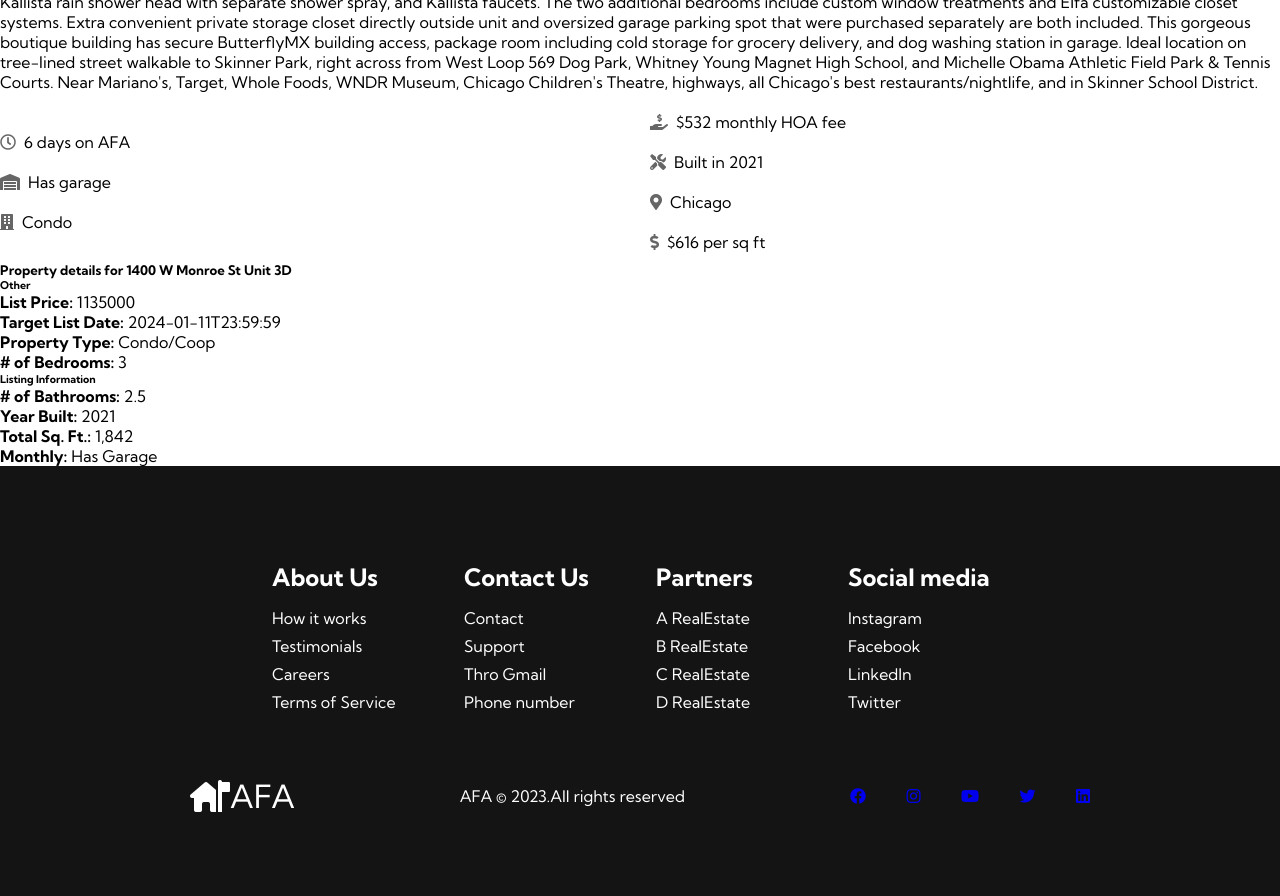
Repository: MrAllin1/ProgWWW_23_Gr1
Page: pages/Apartment1.html
An editor plug-in stored every save of this project. The page is shown before and after the next save, followed by the edit.
The browser window is 1280 px wide. The pictures show the part of the page from y = 817 to 1769 px (the page is 1713 px tall before and 1769 px after).
A picture or video elsewhere on the page could not be fetched, so the positions and the page height are approximate. Some web libraries are served in a nearby version.

Above is the page before, as saved 2024-01-11 02:32:02.

### pages/Apartment1.html
<!DOCTYPE html>
<html lang="en">
<head>
    <meta charset="UTF-8">
    <meta name="viewport" content="width=device-width, initial-scale=1.0">
    <link rel="stylesheet" type="text/css" href="../pages/stylesForHouse.css">
    <script src="https://kit.fontawesome.com/186711ed6a.js" crossorigin="anonymous"></script>
    <link rel="preconnect" href="https://fonts.googleapis.com">
    <link rel="preconnect" href="https://fonts.gstatic.com" crossorigin>
    <link href="https://fonts.googleapis.com/css2?family=Kumbh+Sans:wght@400;700&display=swap" rel="stylesheet">
    <link rel="stylesheet" href="https://cdnjs.cloudflare.com/ajax/libs/font-awesome/5.15.1/css/all.min.css">
    <title>Apartment on Chicago</title>
</head>
<body>
    <nav class="navbar">
        <div class="navbar_container">
            <a href="/" id="navbar_logo"> <i class="fas fa-house-flag"></i>AFA</a>
            <div class="navbar_toggle" id="mobile-menu">
                <span class="bar"></span>
                <span class="bar"></span>
                <span class="bar"></span>
            </div>
            <ul class="navbar_menu">
                <li class="navbar_item">
                    <a href="#home" class="navbar_link">Home</a>
                </li>
                <li class="navbar_item">
                    <a href="#services" class="navbar_link">Services</a>
                </li>
                <li class="navbar_item">
                    <a href="/pages/BuyRent.html" class="navbar_link">Buy/Rent</a>
                </li>
                <li class="navbar_item">
                    <a href="/pages/sell.html" class="navbar_link">Sell</a>
                </li>
                <li class="navbar_btn">
                    <a href="/pages/signUp.html" class="button">Sign Up</a>
                </li>
            </ul>
        </div>
    </nav>
    <div class="gallery-container">
        <h2>Welcome to the Chicago, IL 60607 Apartment</h2> </br>
        <a href="https://www.google.com/maps/place/1400+W+Monroe+St+Unit+3D,+Chicago,+IL+60607/@41.8921309,-87.6437649,17z/data=!3m1!4b1!4m5!3m4!1s0x880e2c022b8c54db:0xb0636704019237d3!8m2!3d41.8921309!4d-87.6415762" target="_blank" class="services_link1">1400 W Monroe St Unit 3D, Chicago, IL 60607</a> </br>
        <p>$1,135,000</p></br>
        <span> 171 square meters</span>
        <div class="gallery">
            <img src="/images/Apartment_1/item_1.jpg" alt="Image 1" />
            <img src="/images/Apartment_1/item_2.jpg" alt="Image 2" />
            <img src="/images/Apartment_1/item_3.jpg" alt="Image 3" />
            <img src="/images/Apartment_1/item_4.jpg" alt="Image 4" />
            <img src="/images/Apartment_1/item_5.JPG" alt="Image 5" />
            <img src="/images/Apartment_1/item_6.JPG" alt="Image 6" />
            <img src="/images/Apartment_1/item_7.JPG" alt="Image 7" />
            <img src="/images/Apartment_1/item_8.JPG" alt="Image 8" />
            <img src="/images/Apartment_1/item_9.JPG" alt="Image 9" />
            <img src="/images/Apartment_1/item_10.jpg" alt="Image 10" />
            <img src="/images/Apartment_1/item_11.jpg" alt="Image 11" />
            <img src="/images/Apartment_1/item_12.jpg" alt="Image 12" />
            <img src="/images/Apartment_1/item_13.jpg" alt="Image 13" />
            <img src="/images/Apartment_1/item_14.jpg" alt="Image 14" />
            <img src="/images/Apartment_1/item_15.JPG" alt="Image 15" />
            <img src="/images/Apartment_1/item_16.jpg" alt="Image 16" />
            <img src="/images/Apartment_1/item_17.jpg" alt="Image 17" />
            <img src="/images/Apartment_1/item_18.jpg" alt="Image 18" />
            <img src="/images/Apartment_1/item_19.jpg" alt="Image 19" />
            <img src="/images/Apartment_1/item_20.jpg" alt="Image 20" />
            <img src="/images/Apartment_1/item_21.jpg" alt="Image 21" />
            <img src="/images/Apartment_1/item_22.jpg" alt="Image 22" />
          </div>

          <button class="arrow-button left">&#8249;</button>
          <button class="arrow-button right">&#8250;</button>
          <p> About this home
            Stunning 3Bed/2.5Bath corner condo in the gorgeous, newer construction 1400 W Monroe Residences!
            Distinctly upgraded unit includes hardwood floors throughout, custom designed kitchen by Mojo Stumer
            with 3 cm quartz countertops, beautiful custom cabinetry, custom built-in Thermador appliances & Bosch
            dishwasher, sleek pendants & undercabinet kitchen lighting. Additional features include custom recessed
            lighting, Lutron Caseta Wireless Lighting Technology package with thermostat controls, RH dining light
            fixture, oversized black framed windows with custom remote shades in living/dining area, and private
            covered weather resistant balcony to enjoy grilling or afternoon sunsets. Primary suite features custom
            lighting, custom window treatments, expertly-designed dressing room with California closets and concealed
            storage for a luxury look as well as floating double vanity in primary bathroom with 3 cm quartz countertops,
            dual illuminated frameless wall mounted medicine cabinets, Kallista rain shower head with separate shower spray,
            and Kallista faucets. The two additional bedrooms include custom window treatments and Elfa customizable closet
            systems. Extra convenient private storage closet directly outside unit and oversized garage parking spot that
            were purchased separately are both included. This gorgeous boutique building has secure ButterflyMX building
            access, package room including cold storage for grocery delivery, and dog washing station in garage. Ideal
            location on tree-lined street walkable to Skinner Park, right across from West Loop 569 Dog Park, Whitney
            Young Magnet High School, and Michelle Obama Athletic Field Park & Tennis Courts. Near Mariano's, Target,
            Whole Foods, WNDR Museum, Chicago Children's Theatre, highways, all Chicago's best restaurants/nightlife,
            and in Skinner School District.</p>
    </div>
</br>
    <div class="property-features">
      <div class="feature">
        <i class="far fa-clock"></i> 6 days on AFA
      </div>
      <div class="feature">
        <i class="fas fa-warehouse"></i> Has garage
      </div>
      <div class="feature">
        <i class="fas fa-building"></i> Condo
      </div>
      <div class="feature">
        <i class="fas fa-hand-holding-usd"></i> $532 monthly HOA fee
      </div>
      <div class="feature">
        <i class="fas fa-tools"></i> Built in 2021
      </div>
      <div class="feature">
        <i class="fas fa-map-marker-alt"></i> Chicago
      </div>
      <div class="feature">
        <i class="fas fa-dollar-sign"></i> $616 per sq ft
      </div>
    </div>

    <div class="container">
        <h5>Property details for 1400 W Monroe St Unit 3D</h5>

        <div class="details">
          <div class="section">
            <h6>Other</h6>
            <ul>
              <li><strong>List Price:</strong> 1135000</li>
              <li><strong>Target List Date:</strong> 2024-01-11T23:59:59</li>
              <li><strong>Property Type:</strong> Condo/Coop</li>
              <li><strong># of Bedrooms:</strong> 3</li>
            </ul>
          </div>

          <div class="section right">
            <h6>Listing Information</h6>
            <ul>
              <li><strong># of Bathrooms:</strong> 2.5</li>
              <li><strong>Year Built:</strong> 2021</li>
              <li><strong>Total Sq. Ft.:</strong> 1,842</li>
              <li><strong>Monthly:</strong> Has Garage</li>
            </ul>
          </div>
        </div>
      </div>

    <div class="footer_container">
        <div class="footer_links">
            <div class="footer_link-wrapper">
                <div class="footer_link-items">
                    <h2>About Us</h2>
                    <a href="/">How it works</a>
                    <a href="/">Testimonials</a>
                    <a href="/">Careers</a>
                    <a href="/">Terms of Service</a>
                </div>
                <div class="footer_link-items">
                    <h2>Contact Us</h2>
                    <a href="/">Contact</a>
                    <a href="/">Support</a>
                    <a href="/">Thro Gmail</a>
                    <a href="/">Phone number</a>
                </div>
            </div>
            <div class="footer_link-wrapper">
                <div class="footer_link-items">
                    <h2>Partners</h2>
                    <a href="/">A RealEstate</a>
                    <a href="/">B RealEstate</a>
                    <a href="/">C RealEstate</a>
                    <a href="/">D RealEstate</a>
                </div>
                <div class="footer_link-items">
                    <h2>Social media</h2>
                    <a href="https://www.instagram.com" target="_blank">Instagram</a>
                    <a href="https://www.facebook.com" target="_blank">Facebook</a>
                    <a href="https://www.linkedin.com" target="_blank">LinkedIn</a>
                    <a href="https://www.twitter.com" target="_blank">Twitter</a>
                </div>
            </div>
        </div>
        <div class="social_media">
            <div class="social_media-wrap">
                <div class="footer_logo">
                    <a href="/" id="footer_logo"> <i class="fas fa-house-flag"></i>AFA</a>
                </div>
                <p class="website_rights">AFA © 2023.All rights reserved</p>
                <div class="social_icons">
                    <a href="/" class="social_icon_link" target="_blank"><i class="fab fa-facebook"></i></a>
                    <a href="https://www.instagram.com" class="social_icon_link" target="_blank"><i class="fab fa-instagram"></i></a>
                    <a href="https://www.facebook.com" class="social_icon_link" target="_blank"><i class="fab fa-youtube"></i></a>
                    <a href="https://www.twitter.com" class="social_icon_link" target="_blank"><i class="fab fa-twitter"></i></a>
                    <a href="https://www.linkedin.com" class="social_icon_link" target="_blank"><i class="fab fa-linkedin"></i></a>
                </div>
            </div>
        </div>
    </div>

    <script src="../app.js"></script>

</body>
</html>

Loaded but not shown: app.js (155 lines, source omitted); pages/stylesForHouse.css (698 lines, source omitted)

After the next save:
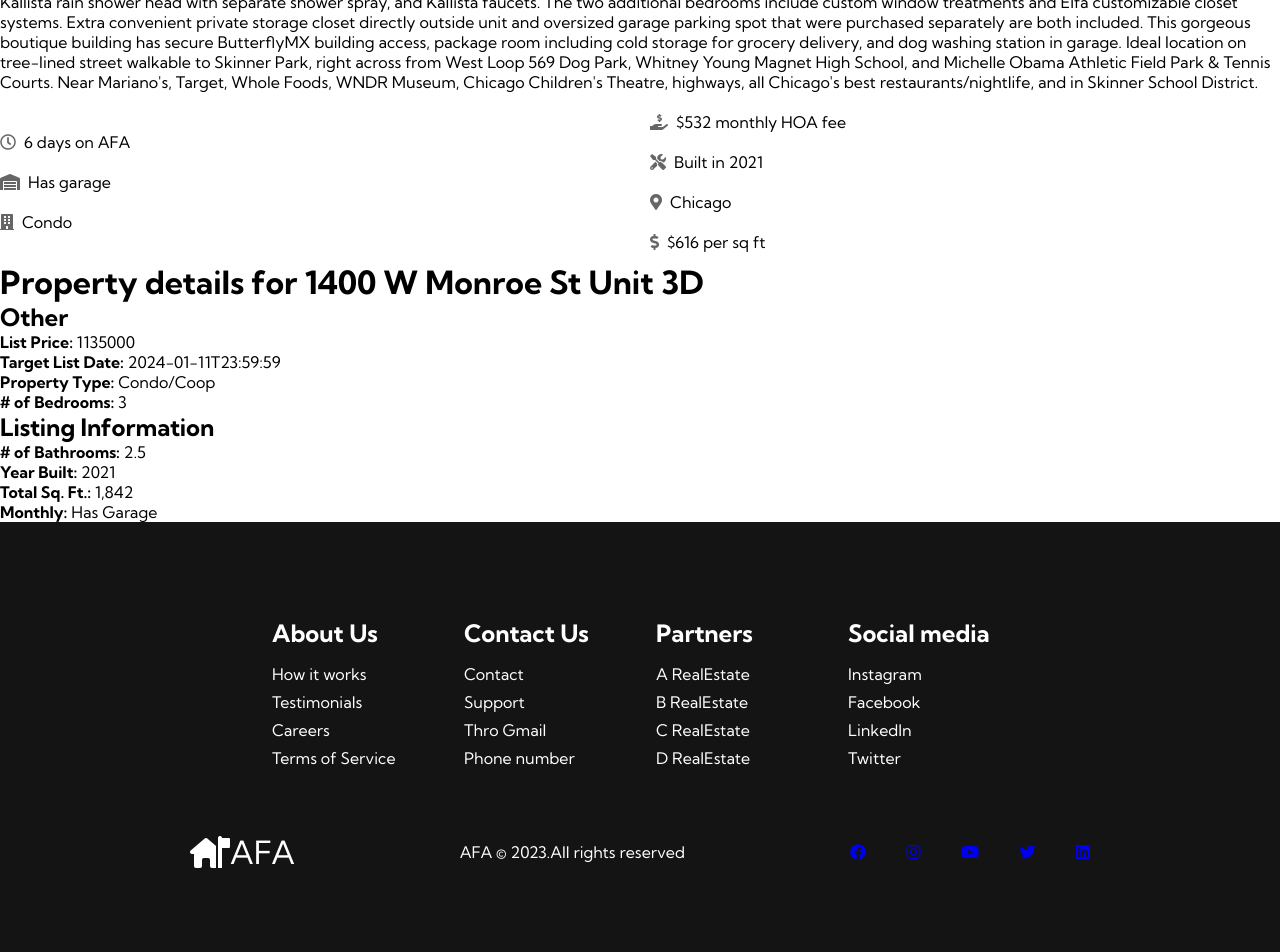
Saved 3 min 54 s later.
--- a/pages/Apartment1.html
+++ b/pages/Apartment1.html
@@ -117,11 +117,11 @@
     </div>
 
     <div class="container">
-        <h5>Property details for 1400 W Monroe St Unit 3D</h5>
+        <h1>Property details for 1400 W Monroe St Unit 3D</h1>
 
         <div class="details">
           <div class="section">
-            <h6>Other</h6>
+            <h2>Other</h2>
             <ul>
               <li><strong>List Price:</strong> 1135000</li>
               <li><strong>Target List Date:</strong> 2024-01-11T23:59:59</li>
@@ -131,7 +131,7 @@
           </div>
 
           <div class="section right">
-            <h6>Listing Information</h6>
+            <h2>Listing Information</h2>
             <ul>
               <li><strong># of Bathrooms:</strong> 2.5</li>
               <li><strong>Year Built:</strong> 2021</li>
